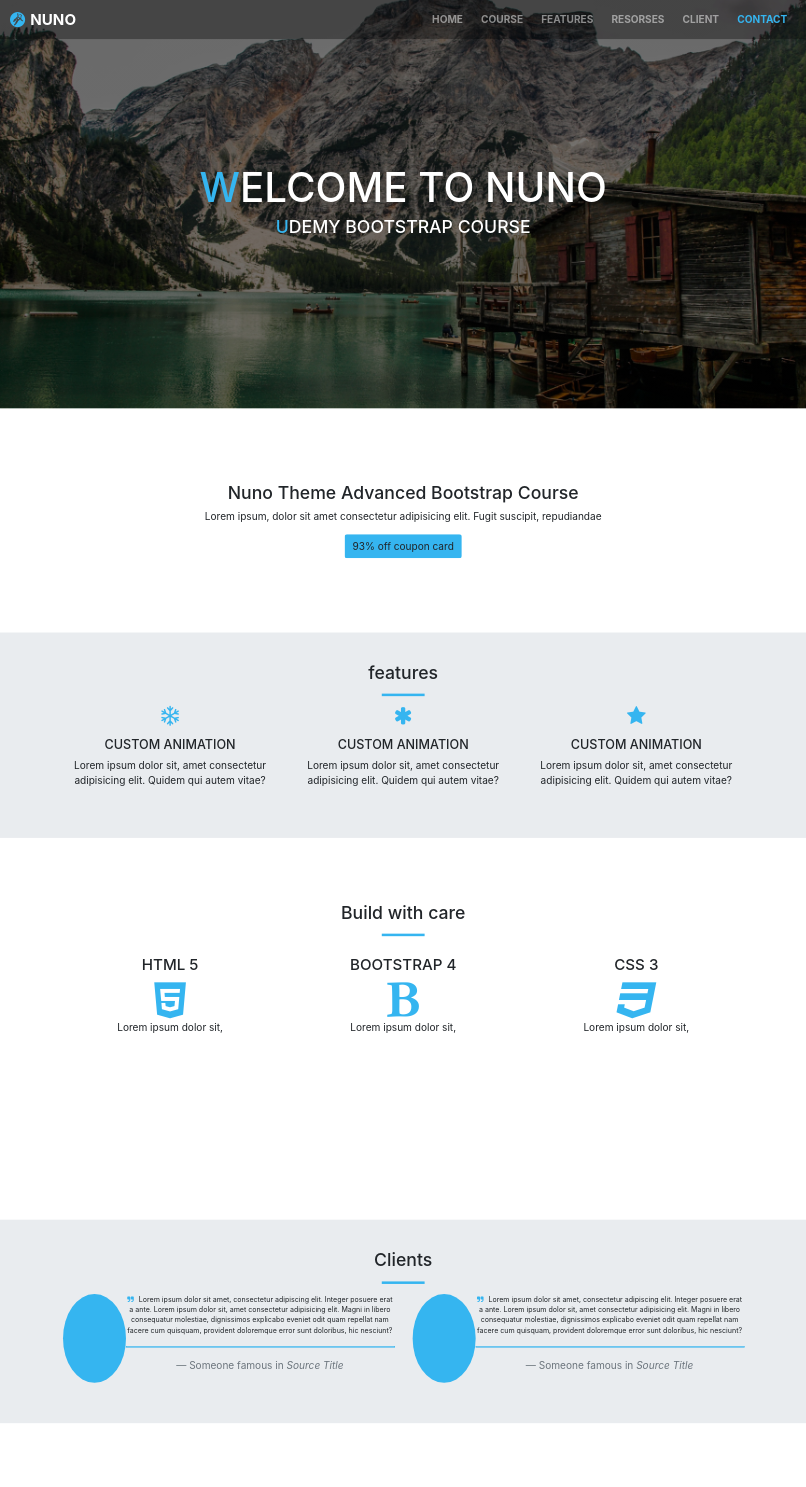
Repository: Mietlicha/bootstrap_template_exercise
Page: index.html
The author's editor kept a copy of each file at every save. The page is drawn from the files as they stood at one save, then again after the next save.
The browser window is 1280 px wide. The pictures show the whole page, at 63% of full size.

Above is the page before, as saved 2019-11-19 22:30:42.

After the next save:
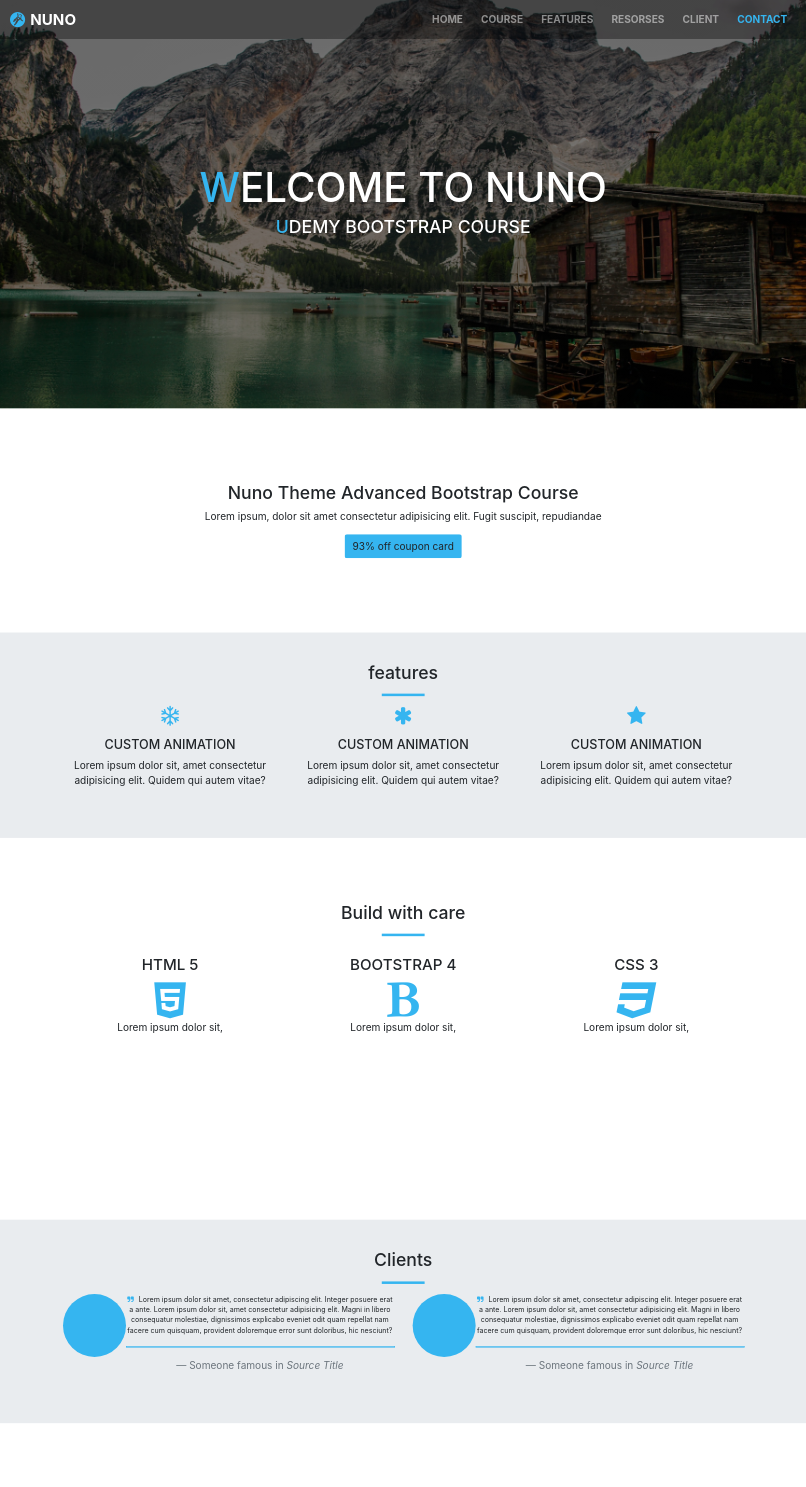
Saved 78 s later.
--- a/style.css
+++ b/style.css
@@ -123,6 +123,8 @@
 #client .foto{
     min-width: 100px;
     min-height: 100px;
+    max-width: 100px;
+    max-height: 100px;
     border-radius: 50%;
     background-color: var(--main-colour);
 }
